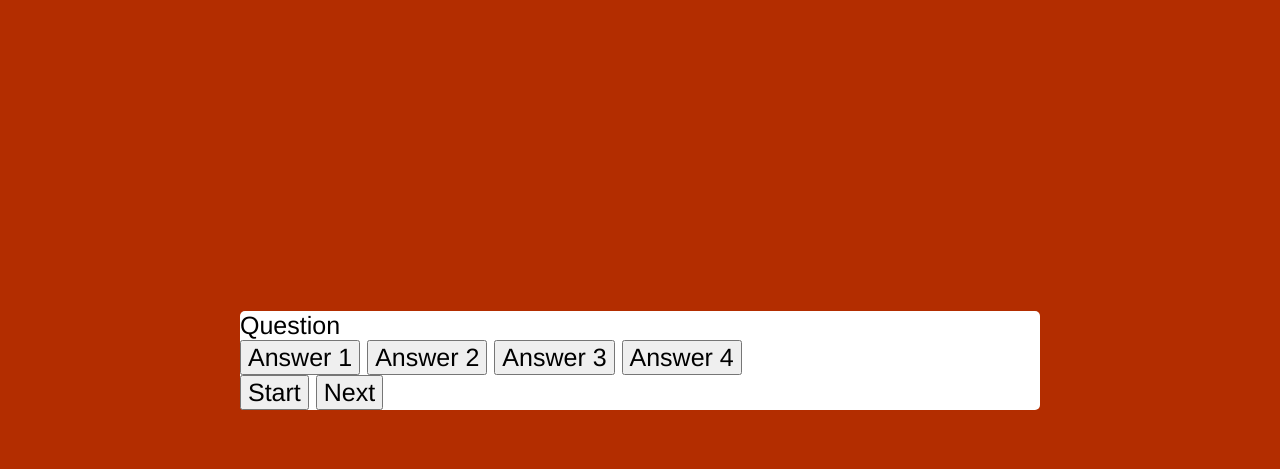
Repository: Vshepard879/Code-Quiz
Page: index.html
The author's editor kept a copy of each file at every save. The page is drawn from the files as they stood at one save, then again after the next save.
The browser window is 1280 px wide. The pictures show the whole page.

Above is the page before, as saved 2022-03-18 01:53:47.

After the next save:
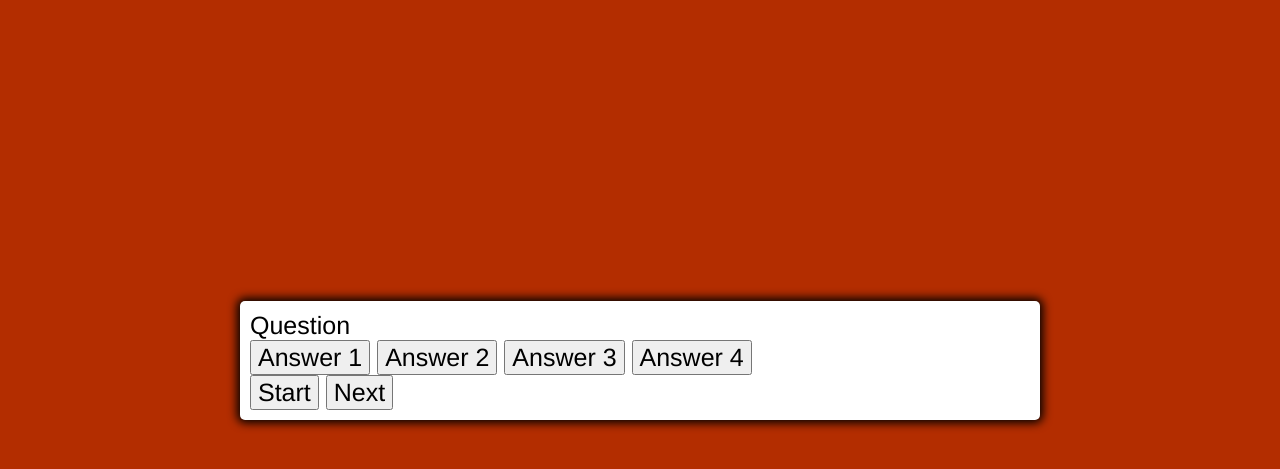
Saved 42 s later.
--- a/assets/css/style.css
+++ b/assets/css/style.css
@@ -36,4 +36,6 @@ body.wrong {
     max-width: 80%;
     background-color: white;
     border-radius: 5px;
+    padding: 10px;
+    box-shadow: 0 0 10px 3px;
 }
